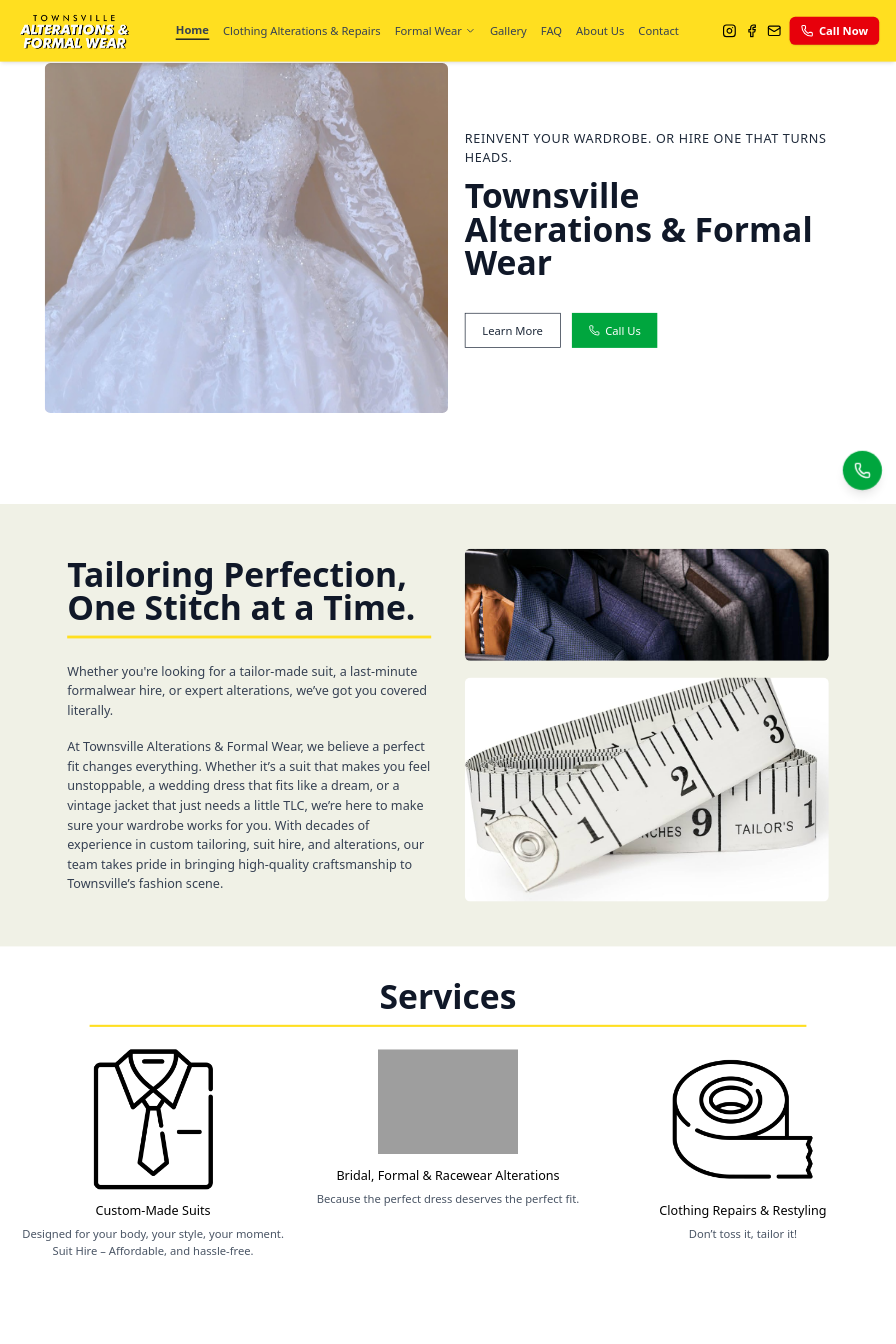
Repository: tarekhasan1/townsville-alteration
Page: /
An editor plug-in stored every save of this project. The page is shown before and after the next save, followed by the edit.
The browser window is 1280 px wide. The pictures show the part of the page from y = 0 to 1920 px (the page is 3274 px tall before and 3515 px after), at 70% of full size.
Pictures or frames that could not be fetched are drawn as grey boxes. The page's requests for data from a server got no answer. The project was rebuilt for these pictures with package versions that can differ from the ones it lists, and the page was loaded fresh each time. The framework's server and built-in components were replaced by stand-ins that run in the browser. No one was signed in, and anything a server would have sent is missing. Also part of the build but not shown: next.config.ts.

Above is the page before, as saved 2026-01-26 06:18:20.

After the next save:
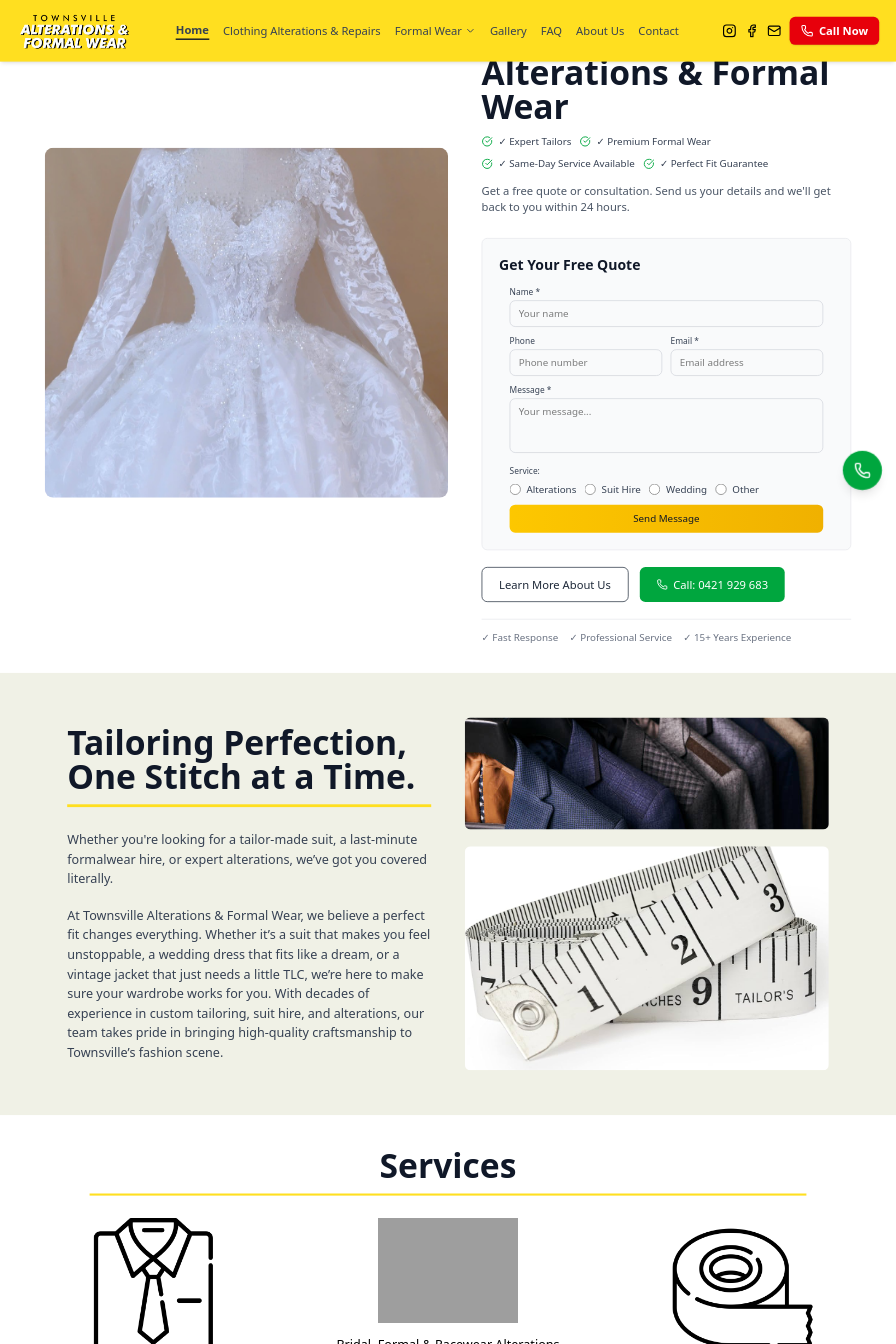
Saved 5 days later.
--- a/src/components/BannerCarousel.tsx
+++ b/src/components/BannerCarousel.tsx
@@ -2,7 +2,8 @@
 import { useState, useEffect } from "react";
 import Image from "next/image";
 import Link from "next/link";
-import { Phone } from "lucide-react";
+import { Phone, CheckCircle } from "lucide-react";
+import ContactForm from "@/components/ContactForm"; // Import your existing form
 
 const images = [
   "/3.jpeg",
@@ -26,54 +27,114 @@ const BannerCarousel = () => {
   }, []);
 
   return (
-    <div className="relative w-full min-h-[100vh] flex flex-col lg:flex-row items-center bg-white px-4 pt-[120px] lg:pt-0 lg:px-16 py-10">
-      {/* Image Carousel */}
-      <div className="relative w-full lg:w-1/2 h-96 lg:h-[500px] overflow-hidden">
+    <div className="relative w-full min-h-[100vh] flex flex-col lg:flex-row items-center bg-white px-4 pt-[120px] lg:pt-0 lg:px-8 xl:px-16 py-8 lg:py-10">
+      {/* Left Column - Image Carousel */}
+      <div className="relative w-full lg:w-1/2 h-[300px] sm:h-[400px] lg:h-[500px] overflow-hidden rounded-lg lg:rounded-xl">
         {images.map((src, index) => (
           <Image
             key={index}
             src={src}
             alt={`Townsville Alterations & Formal Wear Image ${index + 1}`}
             fill
-            className={`absolute inset-0 transition-opacity duration-1000 rounded-lg ${
+            className={`absolute inset-0 transition-opacity duration-1000 ${
               index === currentIndex ? "opacity-100" : "opacity-0"
             } object-cover`}
+            sizes="(max-width: 768px) 100vw, 50vw"
+            priority={index === 0}
           />
         ))}
+
+        {/* Mobile-only CTA overlay */}
+        <div className="lg:hidden absolute bottom-4 left-4 right-4 bg-black/50 backdrop-blur-sm p-3 rounded-lg">
+          <div className="flex items-center justify-between">
+            <a
+              href="tel:0421929683"
+              aria-label="Call Townsville Alterations and Formal Wear"
+              className="flex items-center gap-2 bg-green-600 px-4 py-2 text-white hover:bg-green-700 transition-all rounded-md text-sm"
+            >
+              <Phone className="w-3 h-3" />
+              Call Now
+            </a>
+            <Link
+              href="/about-us"
+              aria-label="Learn more about Townsville Alterations and Formal Wear"
+              className="border border-white px-4 py-2 text-white hover:bg-yellow-400 hover:text-gray-900 transition-all rounded-md text-sm"
+            >
+              Learn More
+            </Link>
+          </div>
+        </div>
       </div>
 
-      {/* Text Section */}
-      <header className="w-full lg:w-1/2 text-center lg:text-left mt-6 lg:mt-0 px-6">
-        <h2 className="text-gray-800 text-lg uppercase tracking-wider">
+      {/* Right Column - Text & Contact Form */}
+      <div className="w-full lg:w-1/2 lg:pl-8 xl:pl-12 mt-8 lg:mt-0">
+        {/* Heading */}
+        <h2 className="text-gray-800 text-sm sm:text-base uppercase tracking-wider font-medium">
           Reinvent Your Wardrobe. Or Hire One That Turns Heads.
         </h2>
 
-        <h2 className="text-4xl lg:text-5xl font-semibold text-gray-900 mt-4">
+        <h1 className="text-3xl sm:text-4xl lg:text-5xl font-bold text-gray-900 mt-2 mb-4">
           Townsville Alterations & Formal Wear
-        </h2>
+        </h1>
 
-        {/* CTA Buttons */}
-        <div className="mt-12 flex flex-col sm:flex-row gap-4 sm:justify-center lg:justify-start">
-          {/* Learn More */}
+        {/* Key Benefits */}
+        <div className="mb-6 lg:mb-8">
+          <div className="flex flex-col sm:flex-row sm:flex-wrap gap-3 mb-4">
+            {[
+              "✓ Expert Tailors",
+              "✓ Premium Formal Wear",
+              "✓ Same-Day Service Available",
+              "✓ Perfect Fit Guarantee"
+            ].map((item, index) => (
+              <div key={index} className="flex items-center text-sm text-gray-700">
+                <CheckCircle className="w-4 h-4 text-green-600 mr-2" />
+                {item}
+              </div>
+            ))}
+          </div>
+
+          <p className="text-gray-600 text-base">
+            Get a free quote or consultation. Send us your details and we&apos;ll get back to you within 24 hours.
+          </p>
+        </div>
+
+        {/* Contact Form - Visible on all devices */}
+        <div className="bg-gray-50 p-4 sm:p-6 rounded-lg border border-gray-200">
+          <h3 className="text-lg sm:text-xl font-semibold text-gray-900 mb-4">
+            Get Your Free Quote
+          </h3>
+          <ContactForm />
+        </div>
+
+        {/* Desktop CTA Buttons */}
+        <div className="hidden lg:flex gap-4 mt-6">
           <Link
             href="/about-us"
             aria-label="Learn more about Townsville Alterations and Formal Wear"
-            className="border border-gray-800 px-6 py-3 text-gray-800 hover:bg-yellow-300 hover:text-gray-900 transition-all text-center"
+            className="border border-gray-800 px-6 py-3 text-gray-800 hover:bg-yellow-300 hover:text-gray-900 transition-all text-center rounded-lg"
           >
-            Learn More
+            Learn More About Us
           </Link>
 
-          {/* Call Us */}
           <a
             href="tel:0421929683"
             aria-label="Call Townsville Alterations and Formal Wear"
-            className="hidden md:flex items-center justify-center gap-2 bg-green-600 px-6 py-3 text-white hover:bg-green-700 transition-all"
+            className="flex items-center justify-center gap-2 bg-green-600 px-6 py-3 text-white hover:bg-green-700 transition-all rounded-lg"
           >
             <Phone className="w-4 h-4" />
-            Call Us
+            Call: 0421 929 683
           </a>
         </div>
-      </header>
+
+        {/* Trust indicators */}
+        <div className="mt-6 pt-4 border-t border-gray-200">
+          <div className="flex items-center justify-center lg:justify-start gap-4 text-sm text-gray-500">
+            <span>✓ Fast Response</span>
+            <span>✓ Professional Service</span>
+            <span>✓ 15+ Years Experience</span>
+          </div>
+        </div>
+      </div>
     </div>
   );
 };
